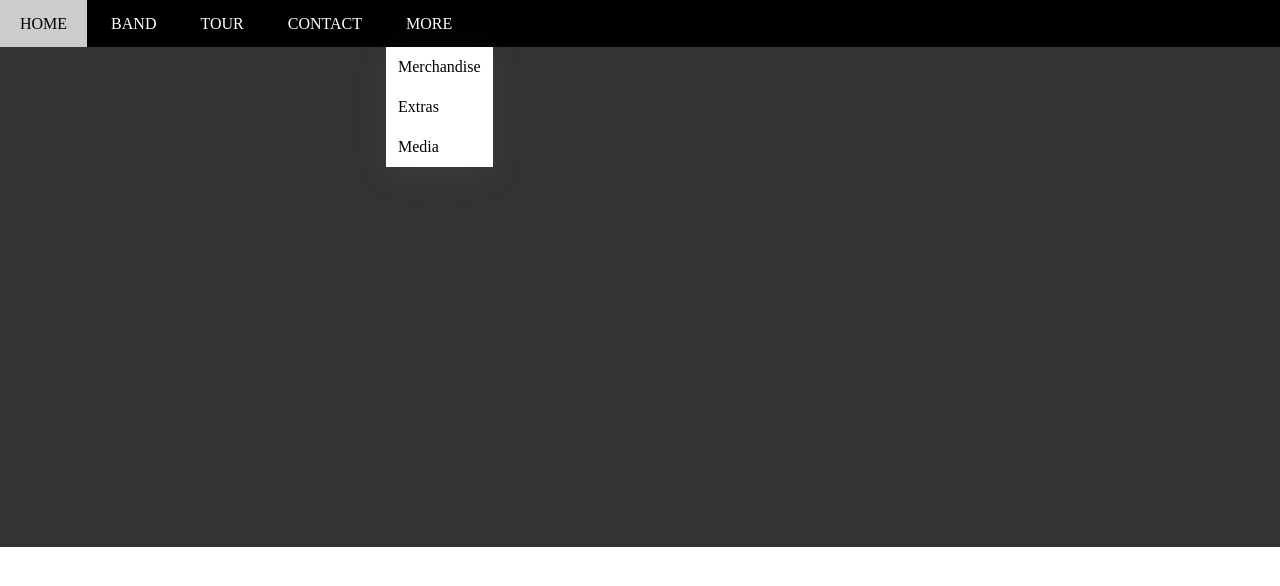
Repository: Dino0411/Dino0411.github.io
Page: index.html
An editor plug-in stored every save of this project. The page is shown before and after the next save, followed by the edit.
The browser window is 1280 px wide. The pictures show the whole page.

Above is the page before, as saved 2021-10-03 22:17:04.

After the next save:
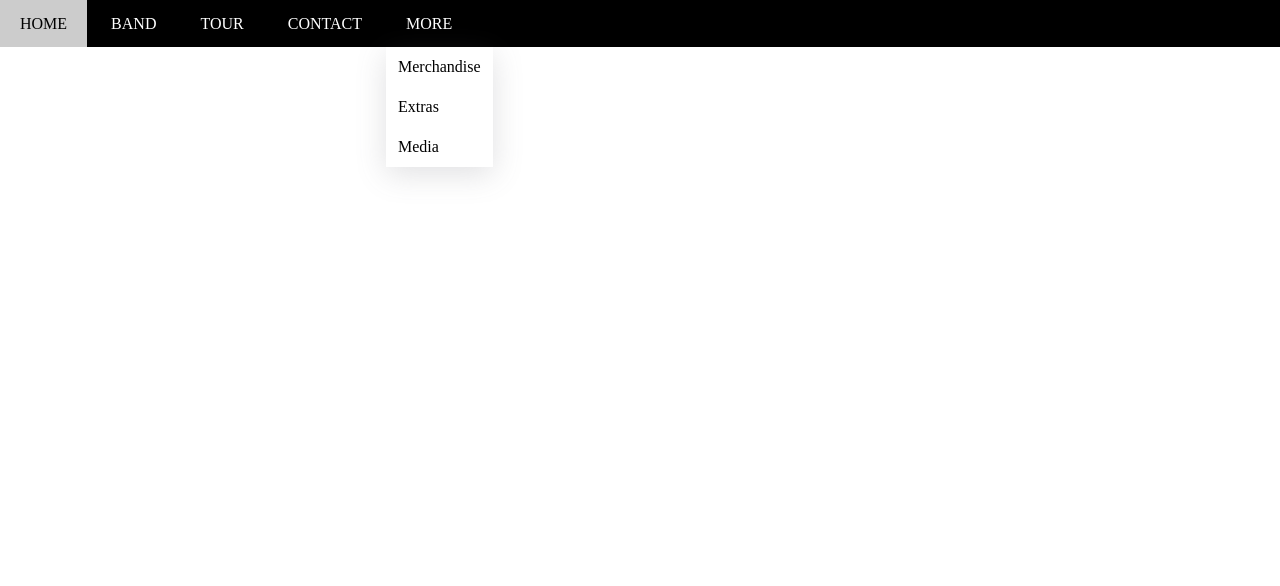
Saved 9 s later.
--- a/assets/css/style.css
+++ b/assets/css/style.css
@@ -64,7 +64,7 @@ TODO:tổng quan đến chi tiết
 }
 #slider {
   min-height: 500px;
-  background-color: #333;
+  /* background-color: #333; */
 }
 #content {
 }
